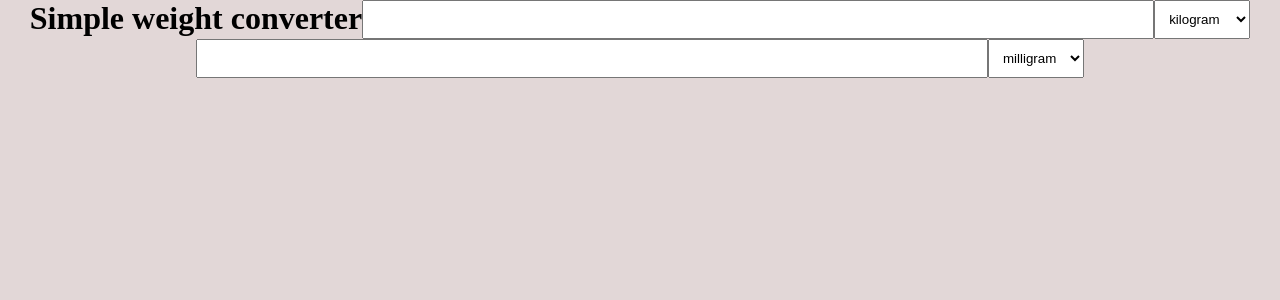
Repository: Eugene44-hub/weight-converter
Page: index.html
The author's editor kept a copy of each file at every save. The page is drawn from the files as they stood at one save, then again after the next save.
The browser window is 1280 px wide. The pictures show the whole page.

Above is the page before, as saved 2021-09-20 04:45:40.

After the next save:
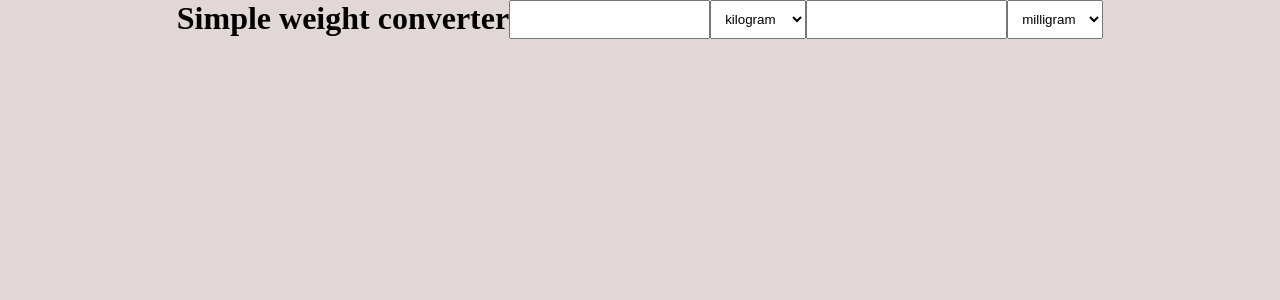
Saved 22 s later.
--- a/style.css
+++ b/style.css
@@ -8,7 +8,6 @@ body {
 }
 
 input {
-    width: 60%;
     padding: 10px;
 }
 
